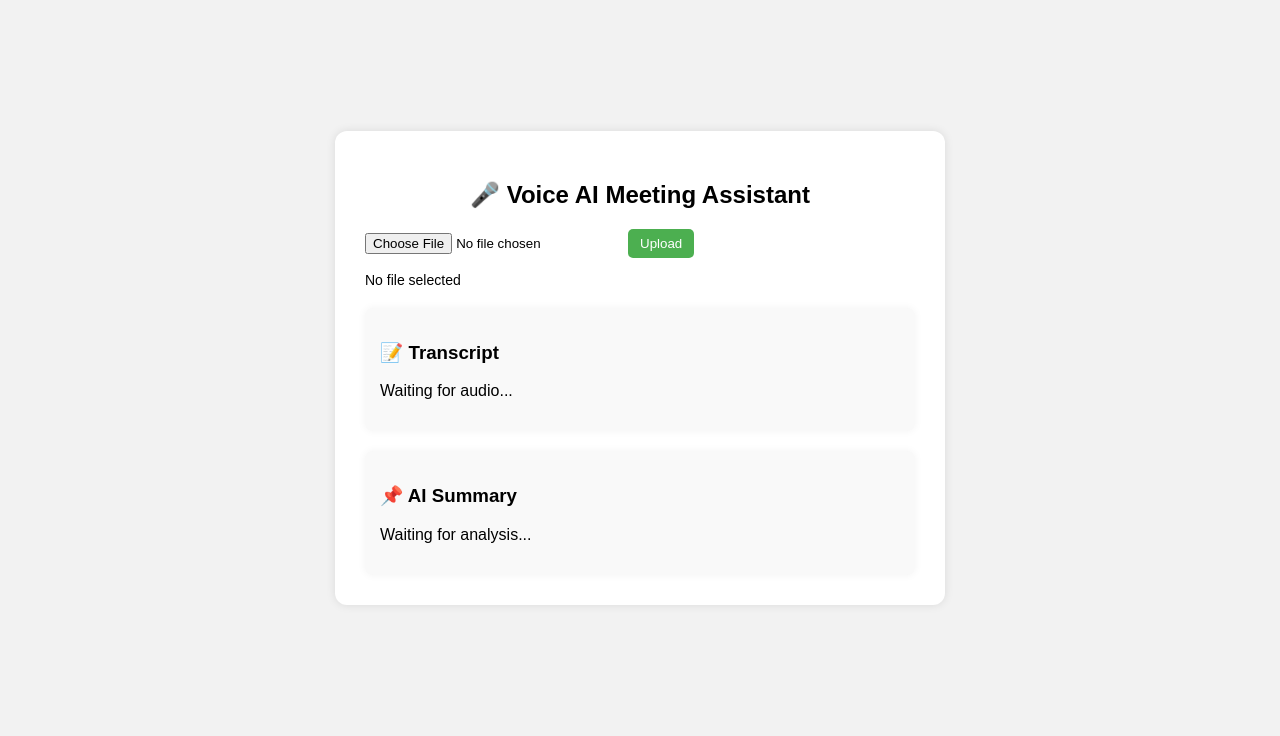
Repository: MujtabaHabib/Voice-AI-Meeting-Assistant
Page: index.html
The author's editor kept a copy of each file at every save. The page is drawn from the files as they stood at one save, then again after a run of saves.
The browser window is 1280 px wide. The pictures show the whole page.

Above is the page before, as saved 2026-02-01 22:37:10.

After the next 2 saves:
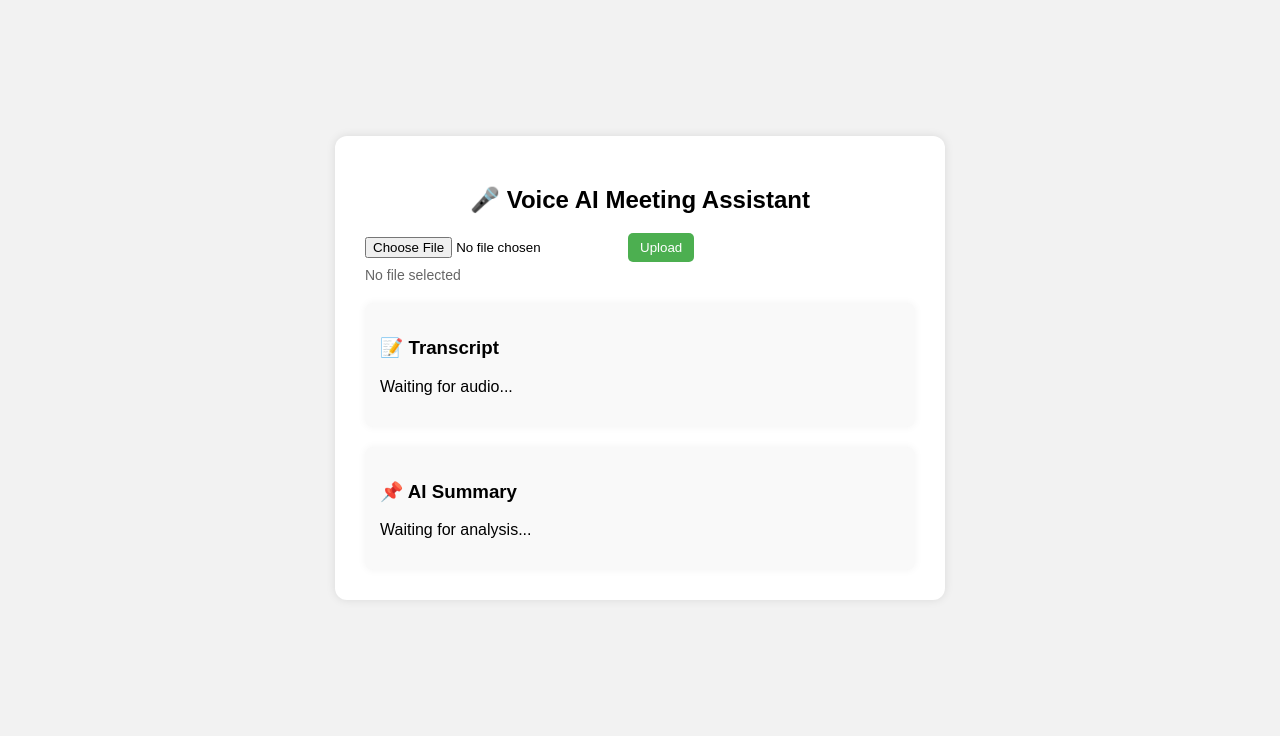
The 2 saves are shown as one change because they came seconds apart.
The last was saved 15 s later.
--- a/style.css
+++ b/style.css
@@ -50,5 +50,6 @@ button:hover{
 #fileName{
     text-align: left;
     font-size: 14px;
-    color: #000;666;
+    color: #666;
+    margin-top: 5px;
 }
